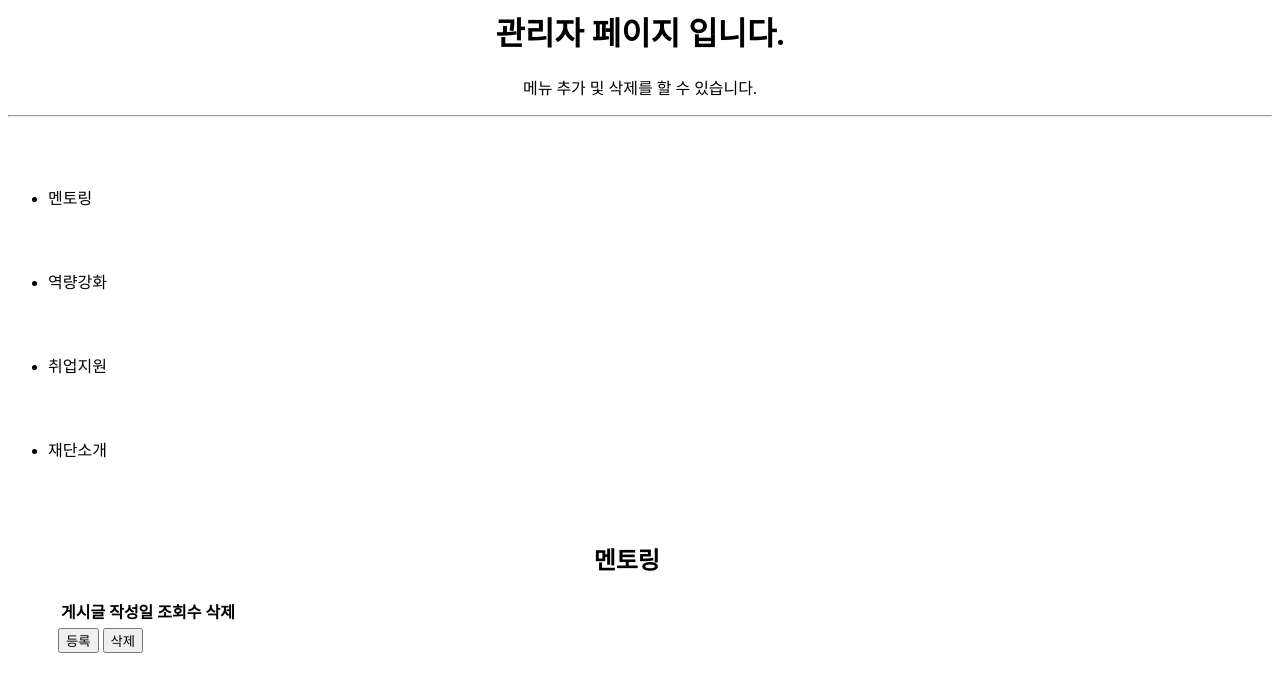
Repository: nywogud/promoPoli
Page: http://localhost/poli/WEB-INF/views/admin.jsp
These files come from the project's save history. The page is drawn as it stood at one moment and after the next save; the edit follows.
The browser window is 1280 px wide. The pictures show the whole page.
The page is served by Tomcat 9. Nobody is signed in. Other server files are loaded and not shown. The template is opened directly, without the code that normally fills it, so the values that code supplies are empty.

Above is the page before, as saved 2021-07-01 11:15:09.

### workspace/poli/src/main/webapp/WEB-INF/views/admin.jsp
<%@ page language="java" contentType="text/html; charset=UTF-8"
	pageEncoding="UTF-8"%>
<%@ taglib uri="http://java.sun.com/jsp/jstl/core" prefix="c"%>
<%@ page session="false"%>
<html>
<head>
<title>admin</title>
<script
	src="https://cdnjs.cloudflare.com/ajax/libs/jquery/3.3.1/jquery.min.js"></script>
<script>
	function adMento(postNum) {
		$.ajax({
			type : 'POST',
			url : '/adMento',
			success : function(result) {

				$("#convertAdPage").empty();
				$("#convertAdPage").append(result);
			},
			error : function(request, status, error) {

				alert("code:" + request.status + "\n" + "message:"
						+ request.responseText + "\n" + "error:" + error);
			}
		})
	}

	function adEmpower(postNum) {
		$.ajax({
			type : 'POST',
			url : '/adEmpower',
			success : function(result) {

				$("#convertAdPage").empty();
				$("#convertAdPage").append(result);
			},
			error : function(request, status, error) {

				alert("code:" + request.status + "\n" + "message:"
						+ request.responseText + "\n" + "error:" + error);
			}
		})
	}

	function adSupport(postNum) {
		$.ajax({
			type : 'POST',
			url : '/adSupport',
			success : function(result) {

				$("#convertAdPage").empty();
				$("#convertAdPage").append(result);
			},
			error : function(request, status, error) {

				alert("code:" + request.status + "\n" + "message:"
						+ request.responseText + "\n" + "error:" + error);
			}
		})
	}

	function adIntro(postNum) {
		$.ajax({
			type : 'POST',
			url : '/adIntro',
			success : function(result) {

				$("#convertAdPage").empty();
				$("#convertAdPage").append(result);
			},
			error : function(request, status, error) {

				alert("code:" + request.status + "\n" + "message:"
						+ request.responseText + "\n" + "error:" + error);
			}
		})
	}
</script>
<style>
ul.adUl>li>a {
	text-decoration: none;
	list-style: none;
	color: black;
}

ul.adUl>li {
	margin-top: 60px;
	margin-bottom: 60px;
}
</style>
</head>
<body>
	<div>
		<h1 style="text-align: center;">관리자 페이지 입니다.</h1>
		<p style="text-align: center;">메뉴 추가 및 삭제를 할 수 있습니다.</p>
	</div>
	<hr>
	<div>
		<span style="float: left;">
			<ul class="adUl">
				<li><a href="javascript:;" onclick="adMento();">멘토링</a></li>
				<li><a href="javascript:;" onclick="adEmpower();">역량강화</a></li>
				<li><a href="javascript:;" onclick="adSupport();">취업지원</a></li>
				<li><a href="javascript:;" onclick="adIntro();">재단소개</a></li>
			</ul>
		</span> <span style="float: left; padding-left: 50px; width: 90%;"
			id="convertAdPage">
			<h2 style="text-align: center;">멘토링</h2>
			<table>
				<th>게시글</th>
				<th>작성일</th>
				<th>조회수</th>
				<th>삭제</th>
				<tr>
					<form>
						<c:forEach var="post" items="${mento}">
							<td style="width: 50%;">${post.title}</td>
							<td style="width: 20%;">${post.regDate}</td>
							<td style="width: 20%;">${post.views}</td>
							<td style="width: 20%;"><input type="checkbox" name="deletePostNum" value="${post.postNum}">삭제</td>
						</c:forEach>
				</tr>
			</table>
			<button onclick="" value="submit">등록</button>
			<!--모달창으로-->
			<button type="submit" value="submit">삭제</button>
			<!--삭제 ajax로-->
			</form>
		</span>
	</div>
</body>
</html>

After the next save:
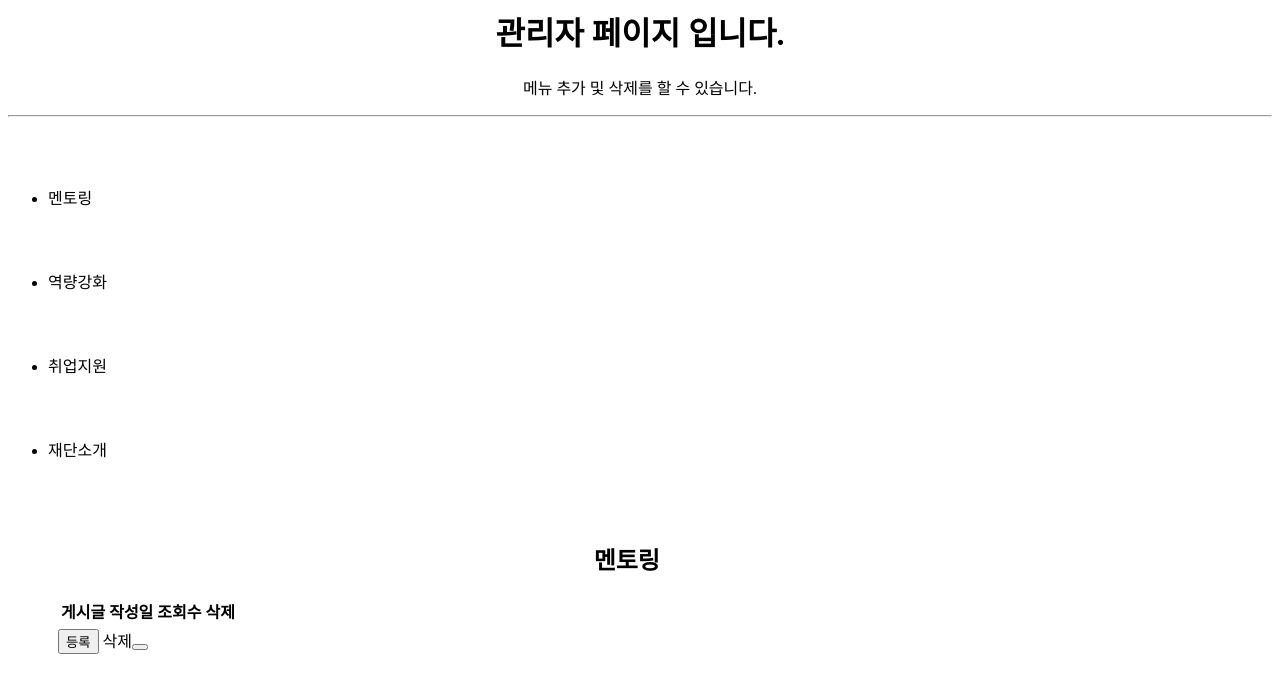
Saved 60 s later.
--- a/workspace/poli/src/main/webapp/WEB-INF/views/admin.jsp
+++ b/workspace/poli/src/main/webapp/WEB-INF/views/admin.jsp
@@ -123,7 +123,7 @@ ul.adUl>li {
 			</table>
 			<button onclick="" value="submit">등록</button>
 			<!--모달창으로-->
-			<button type="submit" value="submit">삭제</button>
+			<label>삭제</label><button type="submit" value="submit"></button>
 			<!--삭제 ajax로-->
 			</form>
 		</span>
